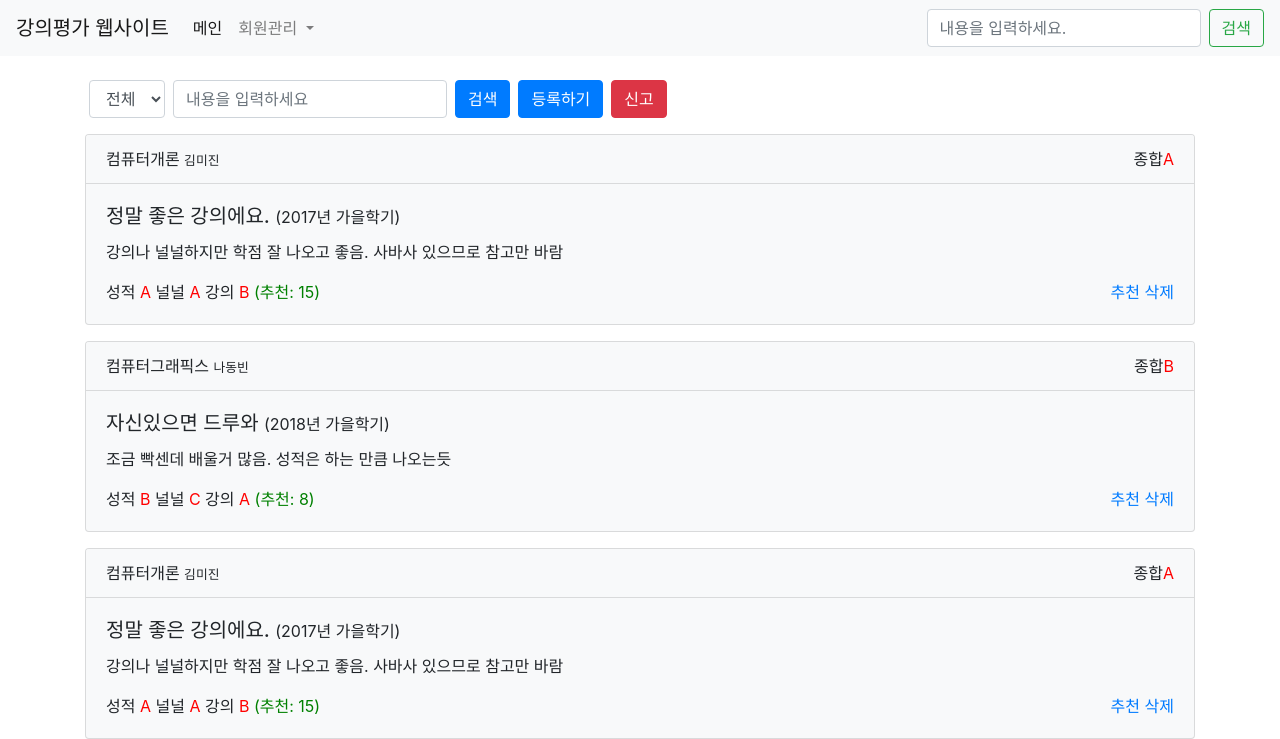
Repository: mijin99/lecture-evaluation
Page: http://localhost/Lecture_Evaluation/
These files come from the project's save history. The page is drawn as it stood at one moment and after the next save; the edit follows.
The browser window is 1280 px wide. The pictures show the whole page.
The page is served by Tomcat 9.

Above is the page before, as saved 2020-12-24 17:31:25.

After the next save:
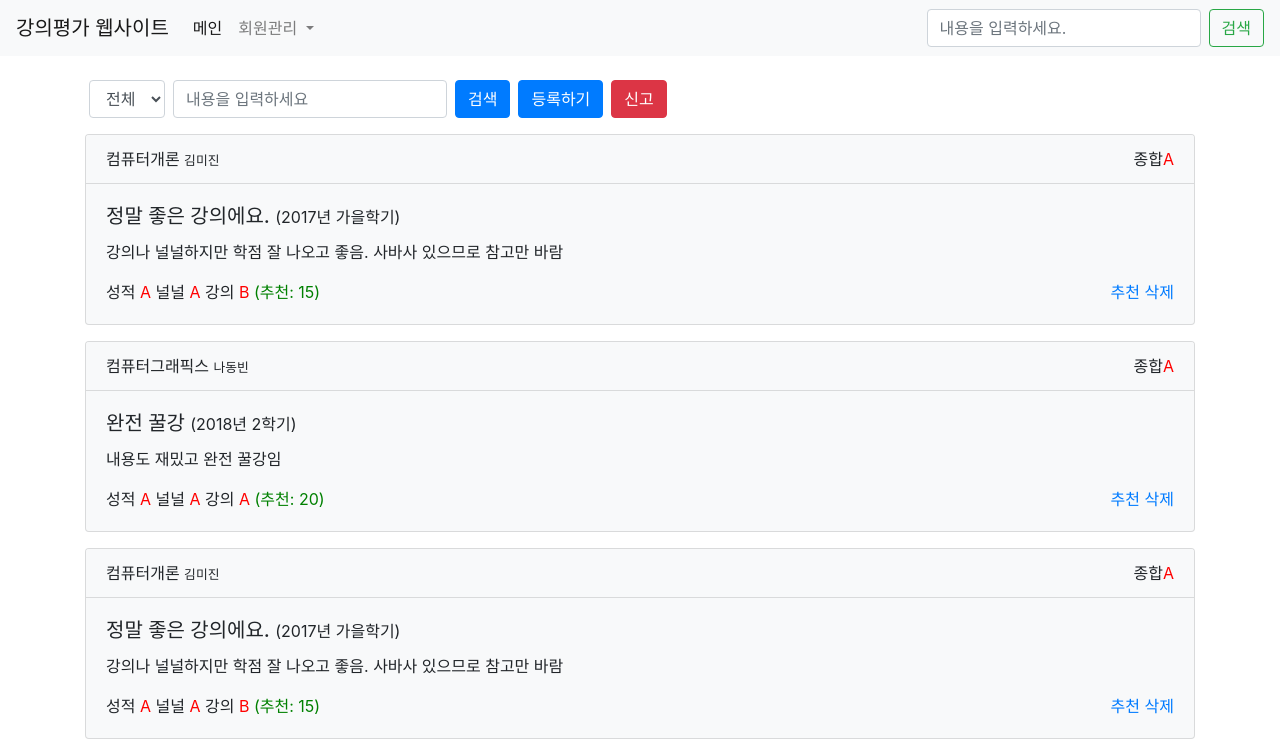
Saved 32 s later.
--- a/Lecture Evaluation/WebContent/index.jsp
+++ b/Lecture Evaluation/WebContent/index.jsp
@@ -112,7 +112,7 @@
 				<div class="row">
 					<div class="col-8 text-left">컴퓨터그래픽스&nbsp;<small>나동빈</small></div>
 					<div class="col-4 text-right">
-						종합<span style="color :red;">B</span>
+						종합<span style="color :red;">A</span>
 					</div>
 				</div>
 			</div>
@@ -120,15 +120,15 @@
 			<!-- 카드 바디부분 -->
 			<div class="card-body">
 				<h5 class="card-title">
-					자신있으면 드루와&nbsp;<small>(2018년 가을학기)</small>
+					완전 꿀강&nbsp;<small>(2018년 2학기)</small>
 				</h5>
-				<p class="card-text">조금 빡센데 배울거 많음. 성적은 하는 만큼 나오는듯
+				<p class="card-text">내용도 재밌고 완전 꿀강임
 				<div class="row">
 					<div class="col-9 text-left">
-						성적 <span style="color :red;"> B</span>
-						널널 <span style="color :red;"> C</span>
+						성적 <span style="color :red;"> A</span>
+						널널 <span style="color :red;"> A</span>
 						강의 <span style="color :red;"> A</span>
-						<span style="color:green;">(추천: 8)</span>
+						<span style="color:green;">(추천: 20)</span>
 					</div>
 					<!-- 추천         텍스트 오른쪽 정렬  -->
 					<div class="col-3 text-right">
